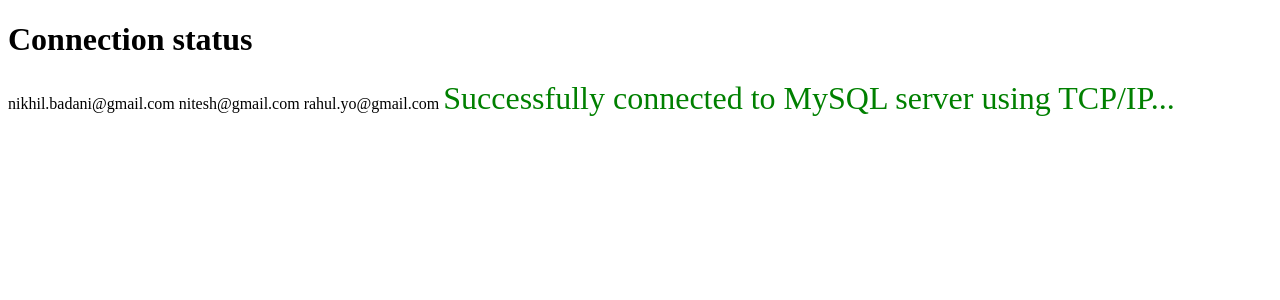
Repository: nikhilbad7/jsp-practicals
Page: http://localhost/classwork/Exp10.jsp
The author's editor kept a copy of each file at every save. The page is drawn from the files as they stood at one save, then again after the next save.
The browser window is 1280 px wide. The pictures show the whole page.
The page is served by Tomcat 9. The database holds what the project's SQL file puts in it.

Above is the page before, as saved 2018-04-09 18:55:41.

### classwork/WebContent/Exp10.jsp
<!DOCTYPE HTML PUBLIC "-//W3C//DTD HTML 4.01 Transitional//EN"
"http://www.w3.org/TR/html4/loose.dtd">
<%@ page import="java.sql.*" %>
<%@ page import="java.io.*" %>
<html>
<head>
<title>Connection with mysql database</title>
</head>
<body>
<h1>Connection status </h1>
<%
try {
/* Create string of connection url within specified format with machine name,
port number and database name. Here machine name id localhost and database name
is usermaster. */
//String connectionURL = "jdbc:mysql://localhost:3306/usermaster";
// declare a connection by using Connection interface
//Connection connection = null;
// Load JBBC driver "com.mysql.jdbc.Driver".
Class.forName("com.mysql.jdbc.Driver");
/* Create a connection by using getConnection() method that takes parameters of
string type connection url, user name and password to connect to database. */
Connection con=(Connection) DriverManager.getConnection("jdbc:mysql://localhost:3306/userservlet","root","");
// check weather connection is established or not by isClosed() method
Statement stmt=(Statement) con.createStatement();
String q = "select * from userdetails";
ResultSet rs=(ResultSet) stmt.executeQuery(q);
stmt = (Statement) con.createStatement();
rs= (ResultSet) stmt.executeQuery(q);
while(rs.next()){
	String email = rs.getString("email");
	out.println(email);
}
%>
<font size="+3" color="green">
<%
out.println("Successfully connected to " + "MySQL server using TCP/IP...");
con.close();
}
catch(Exception ex){
%>
</font>
<font size="+3" color="red">
<%
out.println("Unable to connect to database.");
}
%>
</font>
</body>
</html>

### classwork/database/userservlet.sql (the tables this page reads)
CREATE TABLE `userdetails` (
  `name` varchar(255) NOT NULL,
  `password` varchar(255) NOT NULL,
  `email` varchar(500) NOT NULL,
  `phone` varchar(50) NOT NULL
) ENGINE=InnoDB DEFAULT CHARSET=latin1;

INSERT INTO `userdetails` (`name`, `password`, `email`, `phone`) VALUES
('nikhil', 'ckhfkj', 'nikhil.badani@gmail.com', '9871293190'),
('Nitesh', '1234', 'nitesh@gmail.com', '198409100'),
('Rahul', 'rk9992', 'rahul.yo@gmail.com', '9091813893');

After the next save:
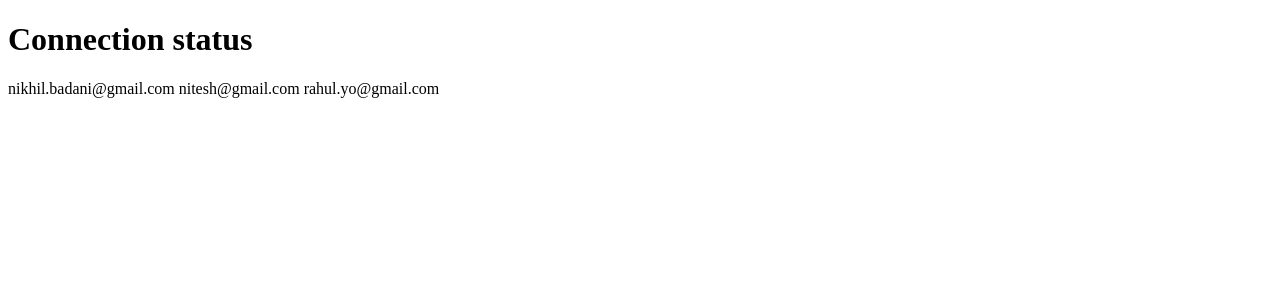
Saved 51 s later.
--- a/classwork/WebContent/Exp10.jsp
+++ b/classwork/WebContent/Exp10.jsp
@@ -31,10 +31,6 @@ while(rs.next()){
 	String email = rs.getString("email");
 	out.println(email);
 }
-%>
-<font size="+3" color="green">
-<%
-out.println("Successfully connected to " + "MySQL server using TCP/IP...");
 con.close();
 }
 catch(Exception ex){
